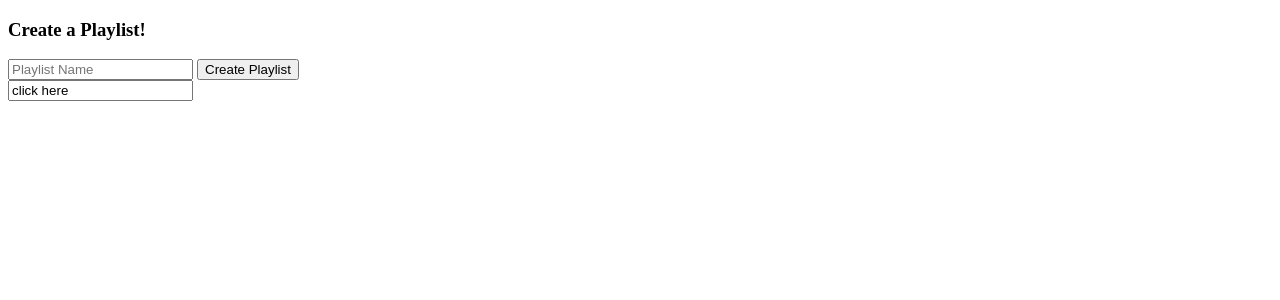
Repository: randysteele/tunify
Page: tunify-frontend/index.html
The author's editor kept a copy of each file at every save. The page is drawn from the files as they stood at one save, then again after the next save.
The browser window is 1280 px wide. The pictures show the whole page.
The page's requests for data from a server got no answer.

Above is the page before, as saved 2020-06-10 14:33:43.

### tunify-frontend/index.html
<!DOCTYPE html>
<html lang="en" dir="ltr">
  <head>
    <meta charset="utf-8">
    <title></title>
    <!-- <script type="application/javascript" src="src/playlist.js" charset="UTF-8"></script> -->
    <script type="application/javascript" src="src/index.js" charset="UTF-8"></script>

  </head>
  <body>




    <div class="form-container">
      <h3>Create a Playlist!</h3>

      <form id="create-playlist-form" class="form" >
        <input id="input-name" type="text" name="name" value="" placeholder="Playlist Name">
        <!-- <input id="artist-name" type="text" name="artist-name" value="" placeholder="Artist Name">
        <input id="track-image" type="text" name="track-image" value="" >
        <input id="track-id" type="text" name="track-id" value="" >
        <input id="title-preview" type="text" name="track-preview" value="" >
       -->
        <input id="create-button" type ="submit" name="submit" value="Create Playlist">



        </form>


      <div id="playlist-container">
        <form>


     </script>
      </div>
       <div id = "song-container">
        <form>
       <input id="add-button.playlist.id" type="click" name="click" value ="click here"></form></input>
      </form>
<script>
  function addSongsToPlaylist(e){
         e.preventDefault()
        const addSong = document.getElementById("add-button.playlist.id")
        addSong.addEventListener("click", (e) => newTrack(e))
        addSong.preventDefault()
        addSong.appendChild
  }
</script>
       </button>
      </div>

       </div>





    </div>

    <form method = "post" action="url to script">
        <label for="Track"></label>


    </form>
    </body>

  </html>

### tunify-frontend/src/index.js
const BACKEND_URL = 'http://localhost:3000/api/v1/playlists/top_country'
const endpoint = 'http://localhost:3000/api/v1/playlists/'

document.addEventListener('DOMContentLoaded', () => {
  getPlaylists();


  const createPlaylistForm  = document.getElementById("create-playlist-form");
  createPlaylistForm.addEventListener("submit", (e) => createFormHandler(e)
  );



function getPlaylists(){
  fetch(BACKEND_URL)
  .then(response => response.json())
  .then(list  => {
  list.data.forEach(playlist=> {
    const playlistMarkup =     `
       <div data-id=${playlist.id}>
       <h3>Title: ${playlist.attributes.name}</h3>
       <input id="add-button.playlist.id" type ="submit" name="submit" value="Add ${playlist.attributes.name} To Playlist">
       <h4> Artist: ${playlist.attributes.artist}</h4>
        <img src="${playlist.attributes.image}"</img>  <br>
        Click here for a preview!<a href> <br> ${playlist.attributes.preview}</a>
        <br>
        </div>
        <br><br>`
        document.getElementById("add-button.playlist.id").innerHTML += playlistMarkup


        const addSong = document.getElementById("add-button.playlist.id")
        addSong.addEventListener("click", (e) => newTrack(e))


        })

        })
      }


      function createFormHandler(e){
        e.preventDefault()
        let nameInput = document.getElementById("input-name").value
        postFetch(nameInput)


      }

      function createButtonHandler(e){
        e.preventDefault()
        let buttonClick = document.getElementById("add-button.playlist.id").value
        newTrack
      }

function postFetch(name, artist, image, preview, playlist_id) {
  const bodyData = {name, artist, image, preview, playlist_id}
  fetch(endpoint, {
    method: "POST",
    headers: {"Content-Type": "application/json"},
    body: JSON.stringify(bodyData)
    })
  .then(response => response.json())
  .then(playlist => {
    // const playlistData = playlist.data
    const playlistMarkup = `
    <div data-id=${playlist.id}>
    <h3>Title: ${playlist.name}</h3>
    <button data-id=${playlist.id}>EDIT!</button>
    </div>
        `
    document.getElementById("add-button.playlist.id").innerHTML += playlistMarkup
    // this is the event listener for create playlist.
  })
}

function newTrack(event){
  const playlistId = event.target.dataset.playlistId

  const playlistData = {
    playlistId: playlistId
  }

  }
}
 );

After the next save:
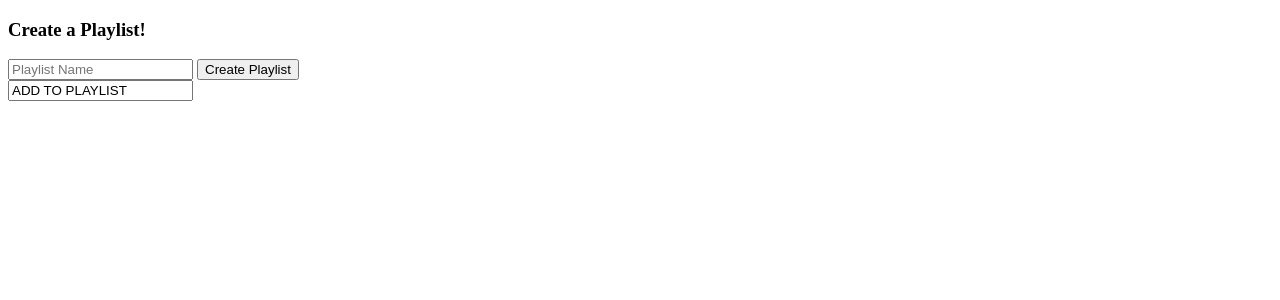
Saved 32 s later.
--- a/tunify-frontend/index.html
+++ b/tunify-frontend/index.html
@@ -37,7 +37,7 @@
       </div>
        <div id = "song-container">
         <form>
-       <input id="add-button.playlist.id" type="click" name="click" value ="click here"></form></input>
+       <input id="add-button.playlist.id" type="click" name="click" value ="ADD TO PLAYLIST"></form></input>
       </form>
 <script>
   function addSongsToPlaylist(e){
